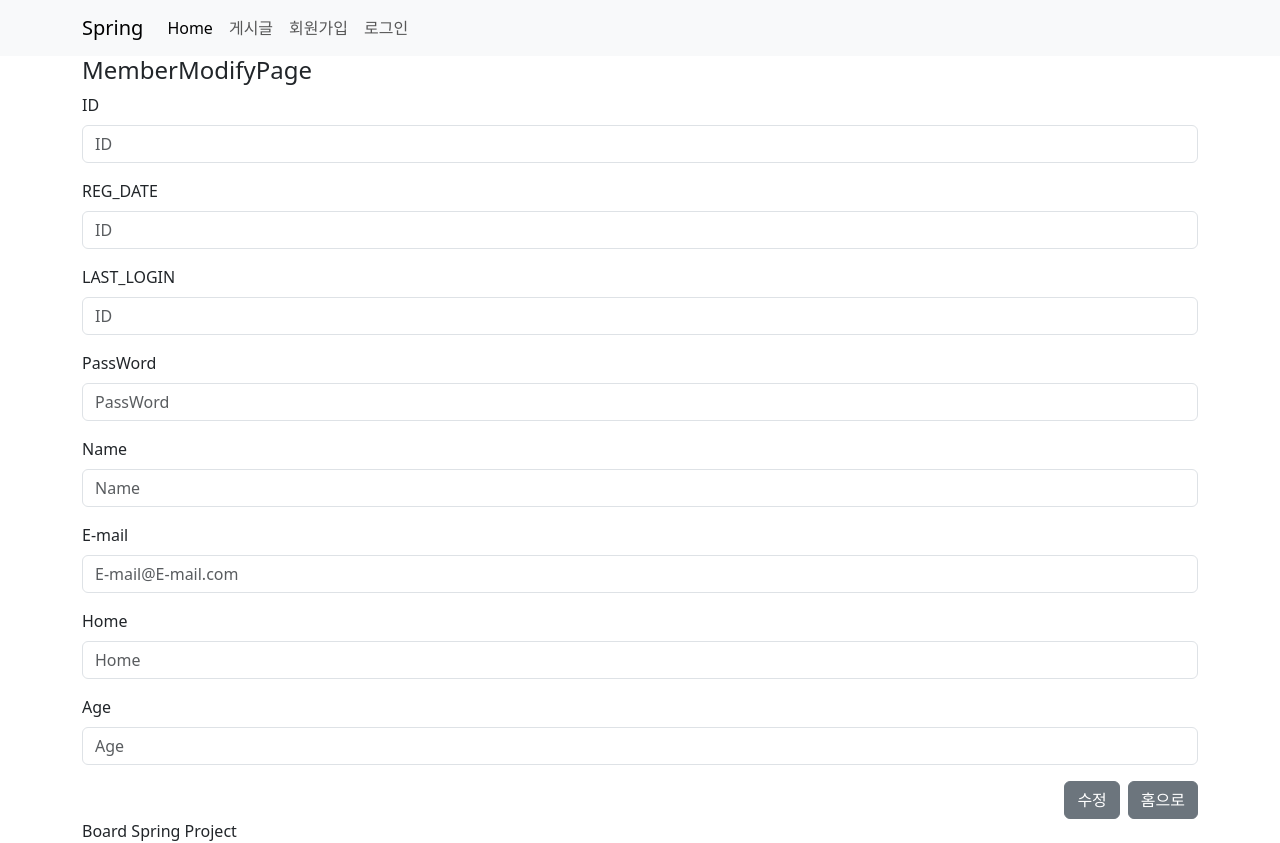
Repository: dasberaht/240430_SPRING_PROJECT
Page: http://localhost/spring_study/WEB-INF/views/member/modify.jsp
An editor plug-in stored every save of this project. The page is shown before and after a run of saves, followed by the edit.
The browser window is 1280 px wide. The pictures show the whole page.
The page is served by Tomcat 9. Nobody is signed in. The template is opened directly, without the code that normally fills it, so the values that code supplies are empty.

Above is the page before, as saved 2024-04-25 09:07:45.

After the next 2 saves:
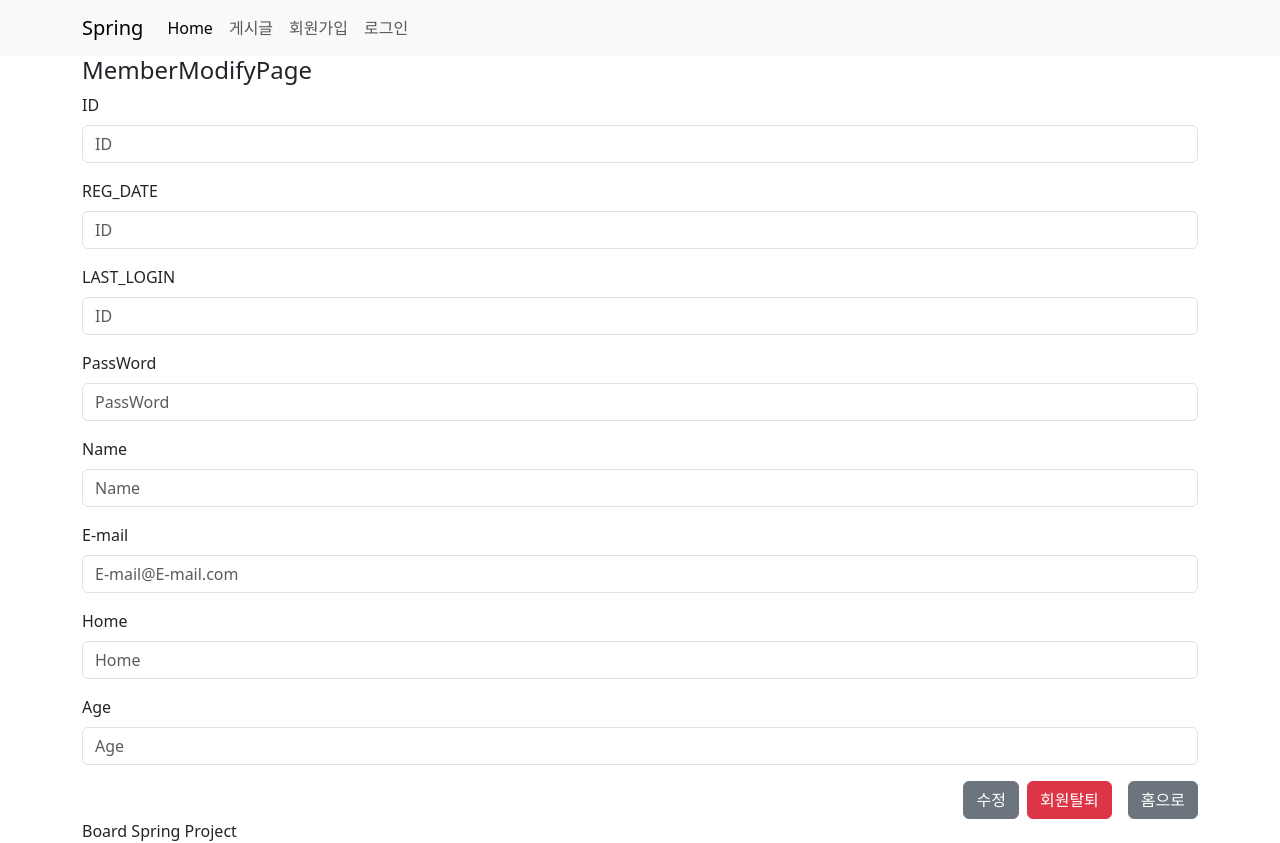
The 2 saves are shown as one change because they came seconds apart.
The last was saved 73 s later.
--- a/spring_study/src/main/webapp/WEB-INF/views/member/modify.jsp
+++ b/spring_study/src/main/webapp/WEB-INF/views/member/modify.jsp
@@ -45,6 +45,7 @@
 
 			<div class="d-grid gap-2 d-md-flex justify-content-md-end">
 			<button type="submit" class="btn btn-secondary">수정</button>
+			<a href="/"><button type="button" class="btn btn-danger">회원탈퇴</button></a><br>
 			<a href="/"><button type="button" class="btn btn-secondary">홈으로</button></a>
 			</div>
 
